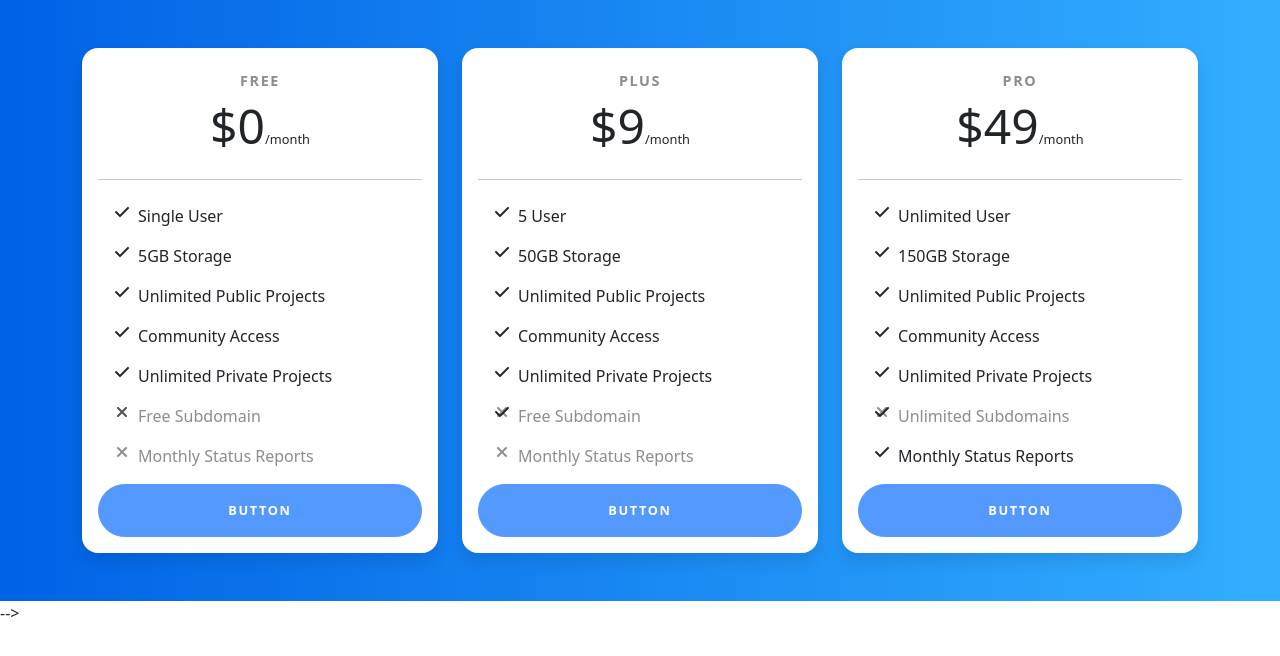
Repository: muzthy8/price-card
Page: /
The author's editor kept a copy of each file at every save. The page is drawn from the files as they stood at one save, then again after the next save.
The browser window is 1280 px wide. The pictures show the whole page.
Some web libraries are served in a nearby version. The project was rebuilt for these pictures with package versions that can differ from the ones it lists, and the page was loaded fresh each time.

Above is the page before, as saved 2023-07-05 21:00:19.

### public/index.html
<!-- <!DOCTYPE html>
<html lang="en">
  <head>
    <meta charset="utf-8" />
    <link rel="icon" href="%PUBLIC_URL%/favicon.ico" />
    <meta name="viewport" content="width=device-width, initial-scale=1" />
    <meta name="theme-color" content="#000000" />
    <meta
      name="description"
      content="Web site created using create-react-app"
    />
    <link rel="apple-touch-icon" href="%PUBLIC_URL%/logo192.png" />
    <!--
      manifest.json provides metadata used when your web app is installed on a
      user's mobile device or desktop. See https://developers.google.com/web/fundamentals/web-app-manifest/
    -->
    <link rel="manifest" href="%PUBLIC_URL%/manifest.json" />
    <!--
      Notice the use of %PUBLIC_URL% in the tags above.
      It will be replaced with the URL of the `public` folder during the build.
      Only files inside the `public` folder can be referenced from the HTML.

      Unlike "/favicon.ico" or "favicon.ico", "%PUBLIC_URL%/favicon.ico" will
      work correctly both with client-side routing and a non-root public URL.
      Learn how to configure a non-root public URL by running `npm run build`.
    -->
    <link href="https://cdn.jsdelivr.net/npm/bootstrap@5.3.0/dist/css/bootstrap.min.css" rel="stylesheet" integrity="sha384-9ndCyUaIbzAi2FUVXJi0CjmCapSmO7SnpJef0486qhLnuZ2cdeRhO02iuK6FUUVM" crossorigin="anonymous">
    <!-- <link rel="stylesheet" href="https://cdnjs.cloudflare.com/ajax/libs/font-awesome/6.4.0/css/all.min.css" integrity="sha512-iecdLmaskl7CVkqkXNQ/ZH/XLlvWZOJyj7Yy7tcenmpD1ypASozpmT/E0iPtmFIB46ZmdtAc9eNBvH0H/ZpiBw==" crossorigin="anonymous" referrerpolicy="no-referrer" /> -->
    <title>Price Card</title>
  </head>
  <body>
    <noscript>You need to enable JavaScript to run this app.</noscript>
    <div id="root"></div>
    <!--
      This HTML file is a template.
      If you open it directly in the browser, you will see an empty page.

      You can add webfonts, meta tags, or analytics to this file.
      The build step will place the bundled scripts into the <body> tag.

      To begin the development, run `npm start` or `yarn start`.
      To create a production bundle, use `npm run build` or `yarn build`.
    -->
    <script src="https://kit.fontawesome.com/9fec16f909.js" crossorigin="anonymous"></script>
  </body>
</html> -->

### src/App.js
import Card from "./card";

function App() {
  let data = [
    {
      plan:"FREE",
      price:"0",
      users:"Single User",
      isUsers:true,
      storage:"5GB Storage",
      isStorage:true,
      publicProjects:"Unlimited Public Projects",
      isPublicProjects:true,
      communityAccess:"Community Access",
      isCommunityAccess:true,
      privateProjects:"Unlimited Private Projects",
      isPrivateProjects:true,
      phoneSupports:"Dedicated Phone Support",
      isPhoneSupport:false,
      subDomain:"Free Subdomain",
      isSubDomain:false,
      reports:"Monthly Status Reports",
      isReports:false
    },
    {
      plan:"PLUS",
      price:"9",
      users:"5 User",
      isUsers:true,
      storage:"50GB Storage",
      isStorage:true,
      publicProjects:"Unlimited Public Projects",
      isPublicProjects:true,
      communityAccess:"Community Access",
      isCommunityAccess:true,
      privateProjects:"Unlimited Private Projects",
      isPrivateProjects:true,
      phoneSupports:"Dedicated Phone Support",
      isPhoneSupport:true,
      subDomain:"Free Subdomain",
      isSubDomain:true,
      reports:"Monthly Status Reports",
      isReports:false
    },
    {
      plan:"PRO",
      price:"49",
      users:"Unlimited User",
      isUsers:true,
      storage:"150GB Storage",
      isStorage:true,
      publicProjects:"Unlimited Public Projects",
      isPublicProjects:true,
      communityAccess:"Community Access",
      isCommunityAccess:true,
      privateProjects:"Unlimited Private Projects",
      isPrivateProjects:true,
      phoneSupports:"Dedicated Phone Support",
      isPhoneSupport:true,
      subDomain:"Unlimited Subdomains",
      isSubDomain:true,
      reports:"Monthly Status Reports",
      isReports:true
    }
  ]
  return <>
  <section className="pricing py-5">
  <div className="container">
    <div className="row">
          <Card data = {data[0]}/>
          <Card data = {data[1]}/>
          <Card data = {data[2]}/>
    </div>
    </div>
</section>
  </>
}

export default App;

### src/card.js
import React from 'react'

function card({data}) {
    console.log(data)
  return <>
  {/* <!-- Free Tier --> */}
  <div className="col-lg-4">
        <div className="card mb-5 mb-lg-0">
          <div className="card-body">
            <h5 className="card-title text-muted text-uppercase text-center">{data.plan}</h5>
            <h6 className="card-price text-center">${data.price}<span className="period">/month</span></h6>
            <hr/>
            <ul className="fa-ul">
              <li className={data.isUsers?"":"text-muted"}><span className="fa-li"><i className={data.isUsers?"fas fa-check":"fas fa-times"}></i></span>{data.users}</li>
              <li className={data.isStorage?"":"text-muted"}><span className="fa-li"><i className={data.isStorage?"fas fa-check":"fas fa-times"}></i></span>{data.storage}</li>
              <li className={data.isPublicProjects?"":"text-muted"}><span className="fa-li"><i className={data.isPublicProjects?"fas fa-check":"fas fa-times"}></i></span>{data.publicProjects}</li>
              <li className={data.isCommunityAccess?"":"text-muted"}><span className="fa-li"><i className={data.isCommunityAccess?"fas fa-check":"fas fa-times"}></i></span>{data.communityAccess}</li>
              <li className={data.isPrivateProjects?"":"text-muted"}><span className="fa-li"><i className={data.isPrivateProjects?"fas fa-check":"fas fa-times"}></i></span>{data.privateProjects}</li>
              <li className={data.isPhoneSupport?"":"text-muted"}><span className="fa-li"><i className={data.isPhoneSupport?"fas fa-check":"fas fa-times"}></i></span>{data.phoneSupport}</li>
              <li className={data.isSubdomain?"":"text-muted"}><span className="fa-li"><i className={data.isSubdomain?"fas fa-check":"fas fa-times"}></i></span>{data.subDomain}</li>
              <li className={data.isReports?"":"text-muted"}><span className="fa-li"><i className={data.isReports?"fas fa-check":"fas fa-times"}></i></span>{data.reports}</li>
            </ul>
            <div className="d-grid">
              <a href="javascript(void)" className="btn btn-primary text-uppercase">Button</a>
            </div>
          </div>
        </div>
      </div>
  </>
}
export default card

Loaded but not shown: src/index.js (common file); src/index.css (common file)

After the next save:
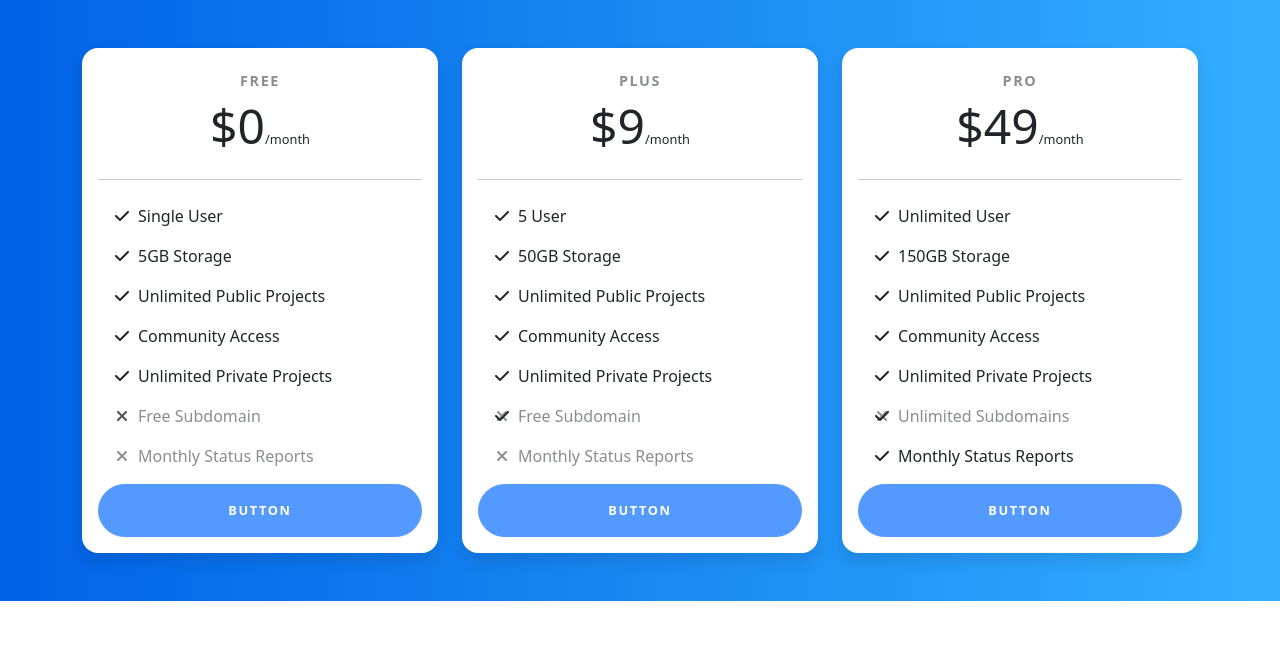
Saved 14 s later.
--- a/public/index.html
+++ b/public/index.html
@@ -1,4 +1,4 @@
-<!-- <!DOCTYPE html>
+<!DOCTYPE html>
 <html lang="en">
   <head>
     <meta charset="utf-8" />
@@ -43,4 +43,4 @@
     -->
     <script src="https://kit.fontawesome.com/9fec16f909.js" crossorigin="anonymous"></script>
   </body>
-</html> -->
+</html>
